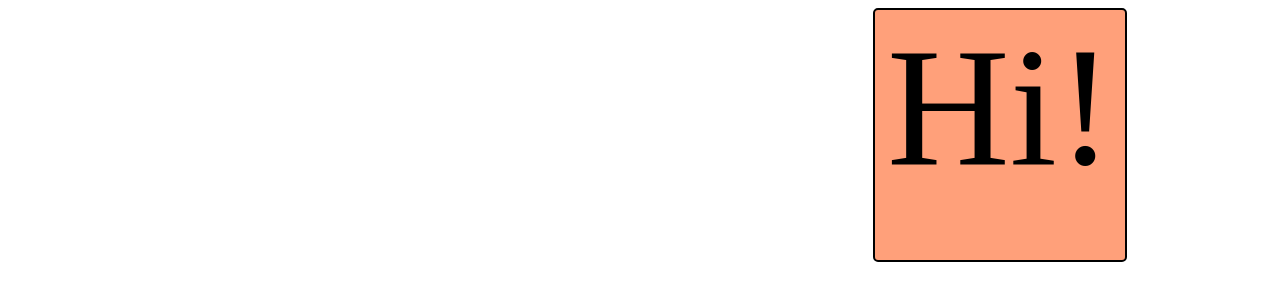
Repository: nottonofclay/csi_waymo
Page: animations/animations.html
An editor plug-in stored every save of this project. The page is shown before and after the next save, followed by the edit.
The browser window is 1280 px wide. The pictures show the whole page.

Above is the page before, as saved 2023-07-06 12:37:26.

After the next save:
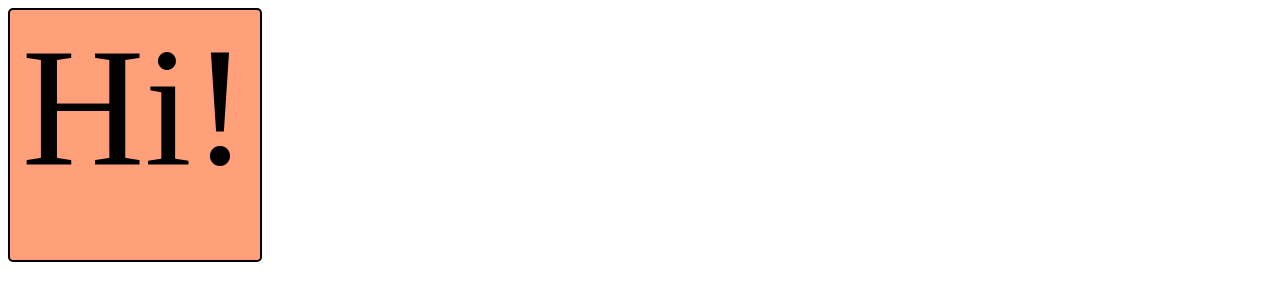
Saved 9 s later.
--- a/animations/animations.css
+++ b/animations/animations.css
@@ -12,7 +12,7 @@
     animation-iteration-count: infinite;
     animation-delay: 0;
     animation-timing-function: ease-out;
-    animation-duration: 10s;
+    animation-duration: 0.5s;
 }
 
 @keyframes mySlide {
